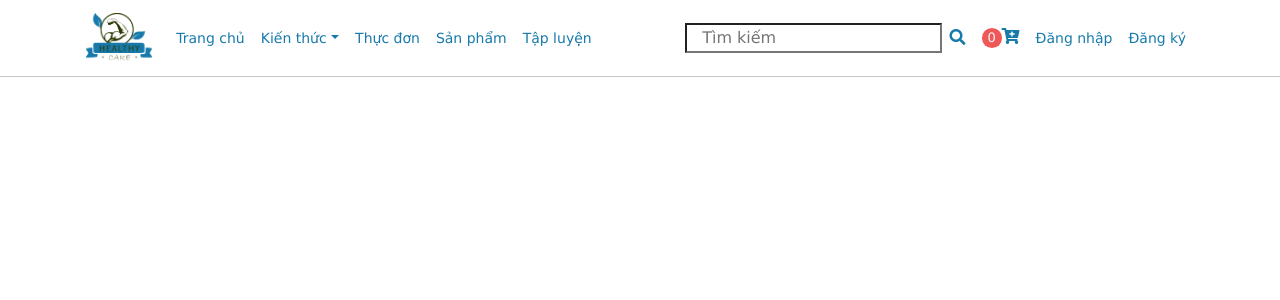
Repository: hohoang106/Project-Intern-Web
Page: homepage/navbar.html
These files come from the project's save history. The page is drawn as it stood at one moment and after a run of saves; the edit follows.
The browser window is 1280 px wide. The pictures show the whole page.
The page's requests for data from a server got no answer.

Above is the page before, as saved 2021-09-12 18:28:32.
Console error: TypeError: Assignment to constant variable.

After the next 2 saves:
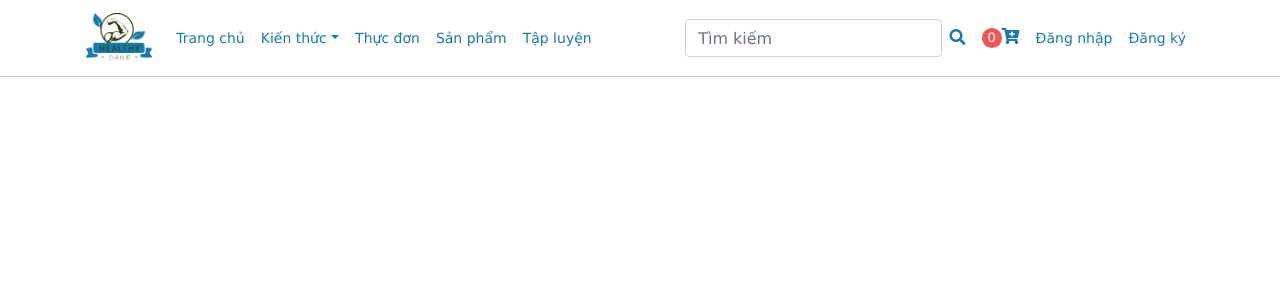
The 2 saves are shown as one change because they came seconds apart.
The last was saved 13 s later.
--- a/homepage/navbar.html
+++ b/homepage/navbar.html
@@ -50,8 +50,12 @@
           </li>
 
         </ul>
-        <input class="form-input col-xl-3 col-md-2 col-12 inputtext" type="search" placeholder="Tìm kiếm">
+        <input class="form-control col-xl-3 col-md-2 col-12 inputtext" type="search" placeholder="Tìm kiếm">
         <div class="icon-search m-2"> <i class="fas fa-search"></i></div>
+
+        <div class="form-input">
+
+        </div>
         <div class="icon-cart m-2">
           <a href="/homepage/payment.html" style="display: flex;">
             <div id="checkcartnumber" style="font-size: small; border-radius: 100%; color: aliceblue; background-color: rgb(240, 88, 88); width: 20px; text-align: center;">0</div>
